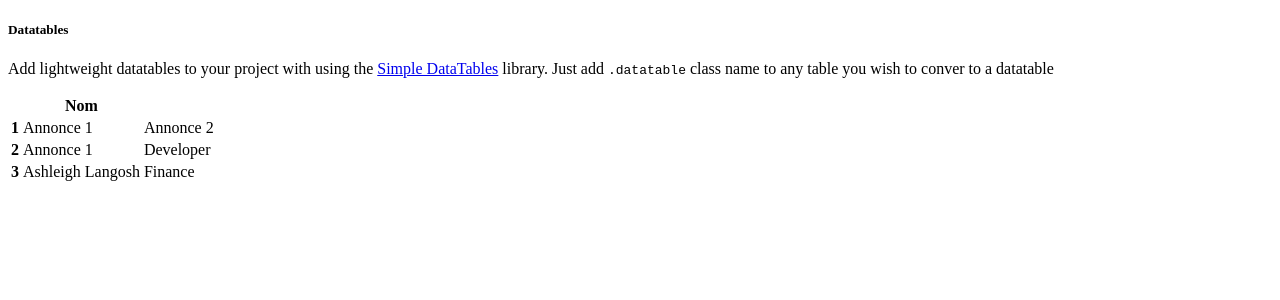
Repository: antsamadagascar/HR-Recruitment
Page: http://localhost/semestre5/application/views/table/annonces_tables.php
These files come from the project's save history. The page is drawn as it stood at one moment and after a run of saves; the edit follows.
The browser window is 1280 px wide. The pictures show the whole page.
The page is run by PHP 8.4 with error messages shown; the project is at /var/www/html/. application/core/MY_Config.php is not in the repository; a stand-in opens the database connection.

Above is the page before, as saved 2024-11-13 16:48:06.

After the next 6 saves:
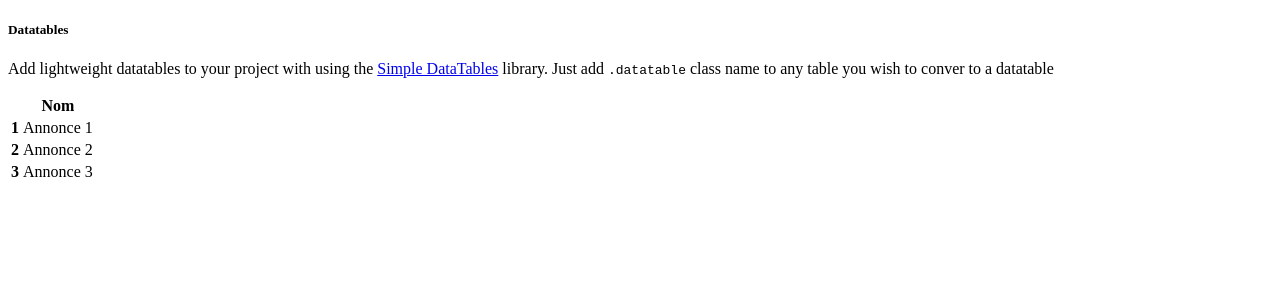
The 6 saves are shown as one change because they came seconds apart.
The last was saved 28 s later.
--- a/application/views/table/annonces_tables.php
+++ b/application/views/table/annonces_tables.php
@@ -30,17 +30,17 @@
                   <tr>
                     <th scope="row">1</th>
                     <td>Annonce 1</td>
-                    <td>Annonce 2</td>
+                    <td></td>
                   </tr>
                   <tr>
                     <th scope="row">2</th>
-                    <td>Annonce 1</td>
-                    <td>Developer</td>
+                    <td>Annonce 2</td>
+                    <td></td>
                   </tr>
                   <tr>
                     <th scope="row">3</th>
-                    <td>Ashleigh Langosh</td>
-                    <td>Finance</td>
+                    <td>Annonce 3</td>
+                    <td></td>
                   </tr>
                 </tbody>
               </table>
